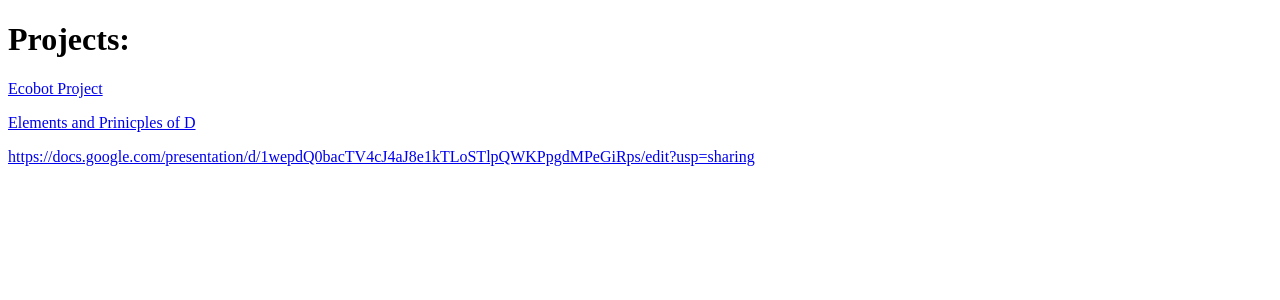
Repository: Isaakwashere/isaakwashere.github.io
Page: Engineering.html
The author's editor kept a record of every edit. The page is drawn from the files as they stood at one moment, then again after the next edit.
The browser window is 1280 px wide. The pictures show the whole page.

Above is the page before.

### Engineering.html
<!DOCTYPE html>
<html>
   <style>
body {

}
</style>


<body>


<h1 style="color:black;">Projects:</h1>
<p><a href="https://docs.google.com/presentation/d/1irt5dnKneLoVGd2yoK8-gBGLSylWtcAEDHAbf8LmWoI/edit?usp=sharing">Ecobot Project</p>
<p><a href="https://docs.google.com/presentation/d/1wepdQ0bacTV4cJ4aJ8e1kTLoSTlpQWKPpgdMPeGiRps/edit?usp=sharing">Elements and Prinicples of D</p>



</body>
</html>

https://docs.google.com/presentation/d/1wepdQ0bacTV4cJ4aJ8e1kTLoSTlpQWKPpgdMPeGiRps/edit?usp=sharing

After the next edit:
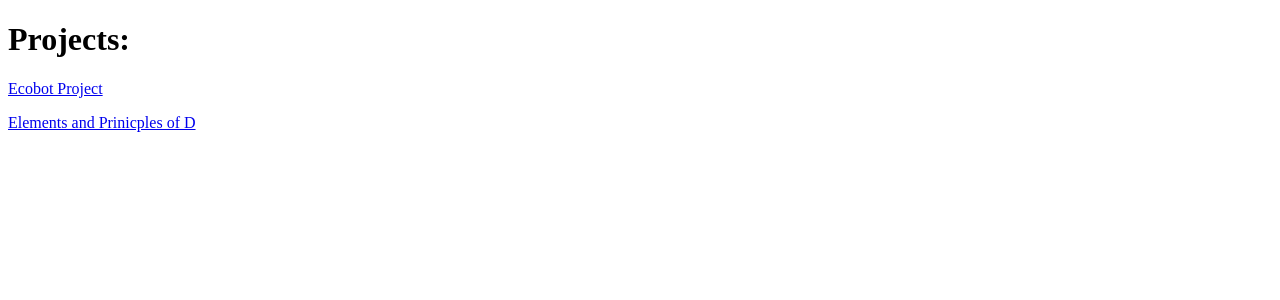
The edit:
--- a/Engineering.html
+++ b/Engineering.html
@@ -18,5 +18,3 @@
 
 </body>
 </html>
-
-https://docs.google.com/presentation/d/1wepdQ0bacTV4cJ4aJ8e1kTLoSTlpQWKPpgdMPeGiRps/edit?usp=sharing
